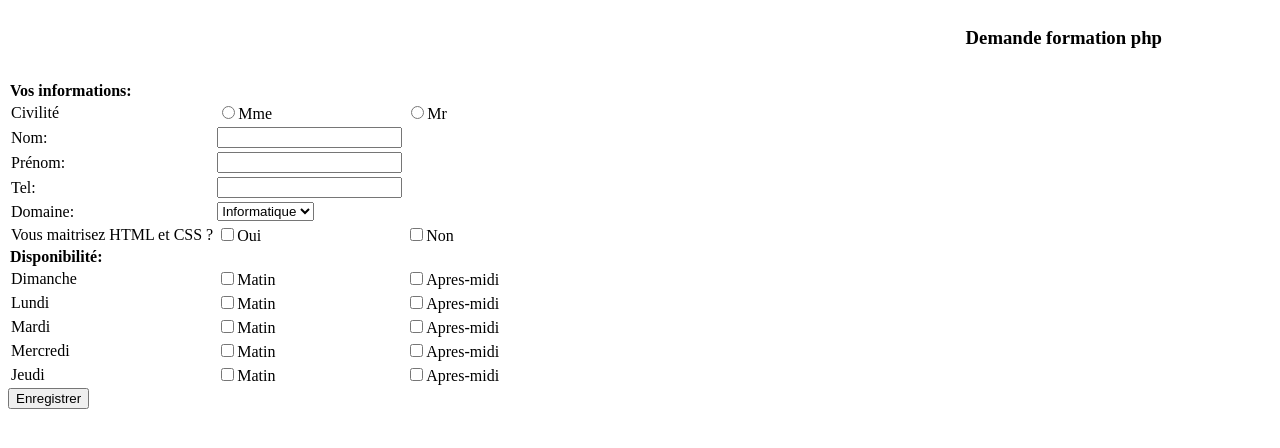
Repository: imouahrani/Gestion-des-stagiaires_JAVAEE
Page: http://localhost/LoginProjet/FormulaireInscription.jsp
The author's editor kept a copy of each file at every save. The page is drawn from the files as they stood at one save, then again after the next save.
The browser window is 1280 px wide. The pictures show the whole page.
The page is served by Tomcat 9. Other server files are loaded and not shown. The template is opened directly, without the code that normally fills it, so the values that code supplies are empty.

Above is the page before, as saved 2018-08-02 10:42:18.

### Formation Java Entreprise Edition/LoginProjet/WebContent/FormulaireInscription.jsp
<%@ page language="java" contentType="text/html; charset=UTF-8"
	pageEncoding="UTF-8"%>
<!DOCTYPE html PUBLIC "-//W3C//DTD HTML 4.01 Transitional//EN" "http://www.w3.org/TR/html4/loose.dtd">
<html>
<head>
<meta http-equiv="Content-Type" content="text/html; charset=UTF-8">
<title>Insert title here</title>
</head>
<body>

	<b style="color: red;"> <%
 	String message = (String) request.getAttribute("m");
 	if (message != null) {

 		out.print(message);
 	}
 %>
	</b>

	<form action="TraiteInscription" method="post">
		<h3 style="float: right;padding-right: 110px;">Demande formation php</h3>
		<br> <br>

		<table>
			<caption style="float: left; font-weight: bold;">Vos
				informations:</caption>

			<%="<br>"%>
	<%="<br>"%>
			<tr>


				<td>Civilité</td>
				<td><input type="radio" name="civilite">Mme</td>
				<td><input type="radio" name="civilite">Mr</td>



			</tr>

			<tr>

				<td>Nom:</td>
				<td><input type="text" name="nom"></td>


			</tr>
			<tr>

				<td>Prénom:</td>
				<td><input type="text" name="prenom"></td>


			</tr>
			<tr>

				<td>Tel:</td>
				<td><input type="text" name="tel"></td>


			</tr>
			<tr>

				<td>Domaine:</td>
				<td><select name="domaine">
						<option>Informatique</option>
						<option>Automatique</option>

				</select></td>


			</tr>
			<tr>

				<td>Vous maitrisez HTML et CSS ?</td>
				<td><input type="checkbox" name="question">Oui</td>
				<td><input type="checkbox" name="question">Non</td>


			</tr>
			<caption style="float: left; font-weight: bold;">Disponibilité:</caption>

			<tr>
				<td>Dimanche</td>
				<td><input type="checkbox" name="matin">Matin</td>
				<td><input type="checkbox" name="aprem">Apres-midi</td>


			</tr>


			<tr>
				<td>Lundi</td>
				<td><input type="checkbox" name="matin">Matin</td>
				<td><input type="checkbox" name="aprem">Apres-midi</td>


			</tr>
			<tr>
				<td>Mardi</td>
				<td><input type="checkbox" name="matin">Matin</td>
				<td><input type="checkbox" name="aprem">Apres-midi</td>


			</tr>
			<tr>
				<td>Mercredi</td>
				<td><input type="checkbox" name="matin">Matin</td>
				<td><input type="checkbox" name="aprem">Apres-midi</td>


			</tr>
			<tr>
				<td>Jeudi</td>
				<td><input type="checkbox" name="matin">Matin</td>
				<td><input type="checkbox" name="aprem">Apres-midi</td>


			</tr>







		</table>


		<input type="submit" value="Enregistrer">



	</form>














</body>
</html>

After the next save:
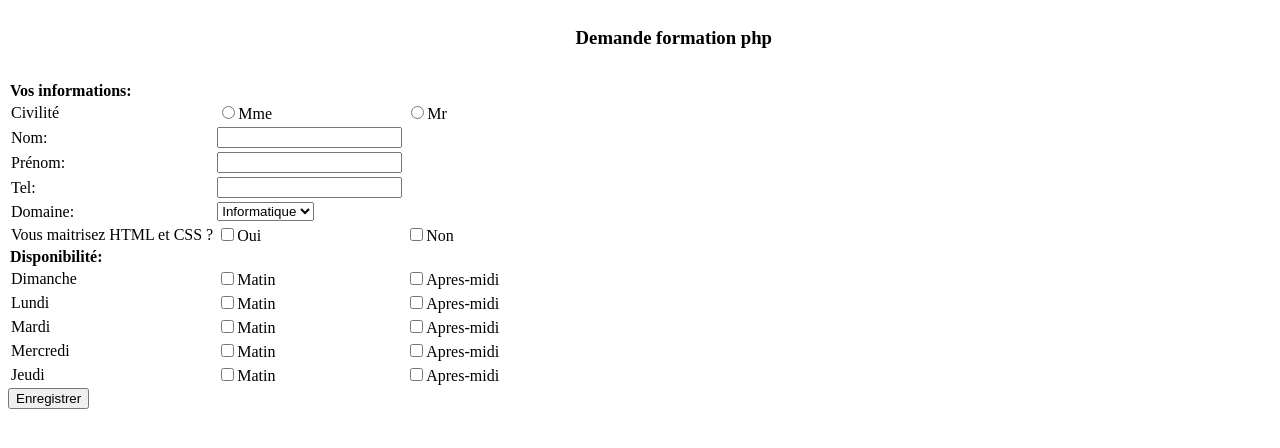
Saved 28 s later.
--- a/Formation Java Entreprise Edition/LoginProjet/WebContent/FormulaireInscription.jsp
+++ b/Formation Java Entreprise Edition/LoginProjet/WebContent/FormulaireInscription.jsp
@@ -18,7 +18,7 @@
 	</b>
 
 	<form action="TraiteInscription" method="post">
-		<h3 style="float: right;padding-right: 110px;">Demande formation php</h3>
+		<h3 style="float: right;padding-right: 500px;">Demande formation php</h3>
 		<br> <br>
 
 		<table>
